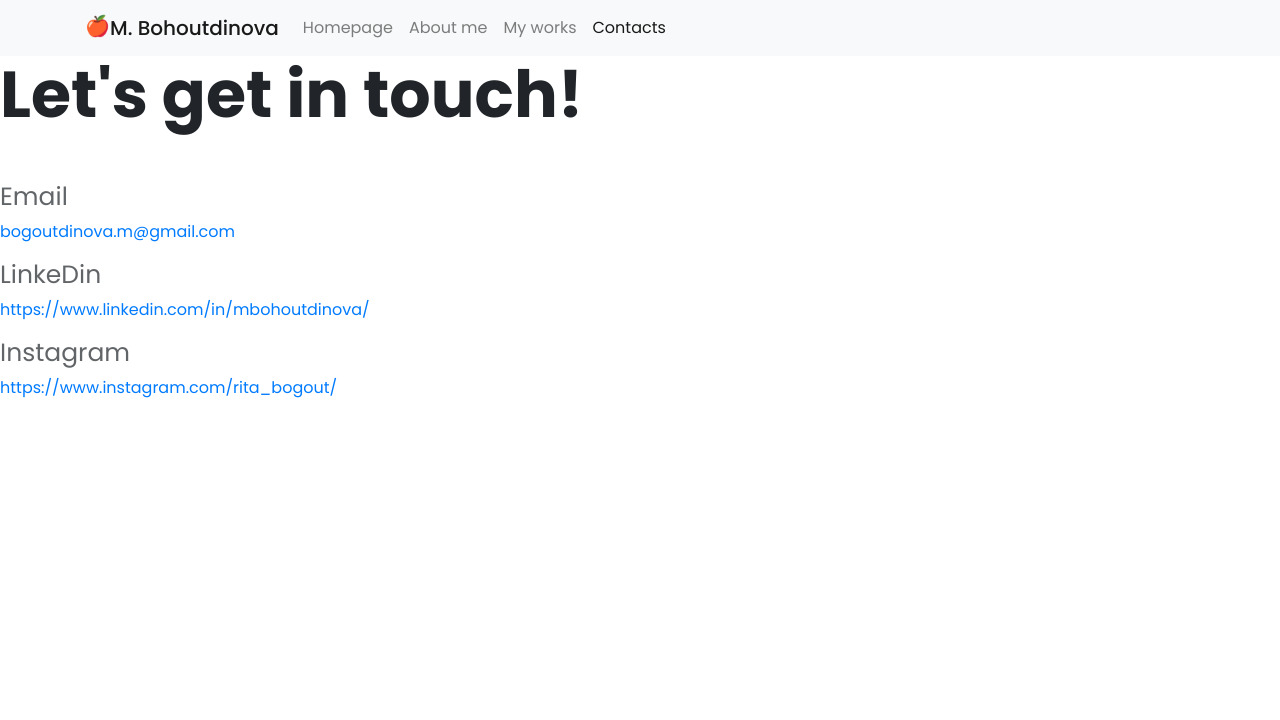
Repository: Bohoutdinova/Portfolio_week-4
Page: contact.html
These files come from the project's save history. The page is drawn as it stood at one moment and after the next save; the edit follows.
The browser window is 1280 px wide. The pictures show the whole page.

Above is the page before, as saved 2022-08-15 11:11:59.

After the next save:
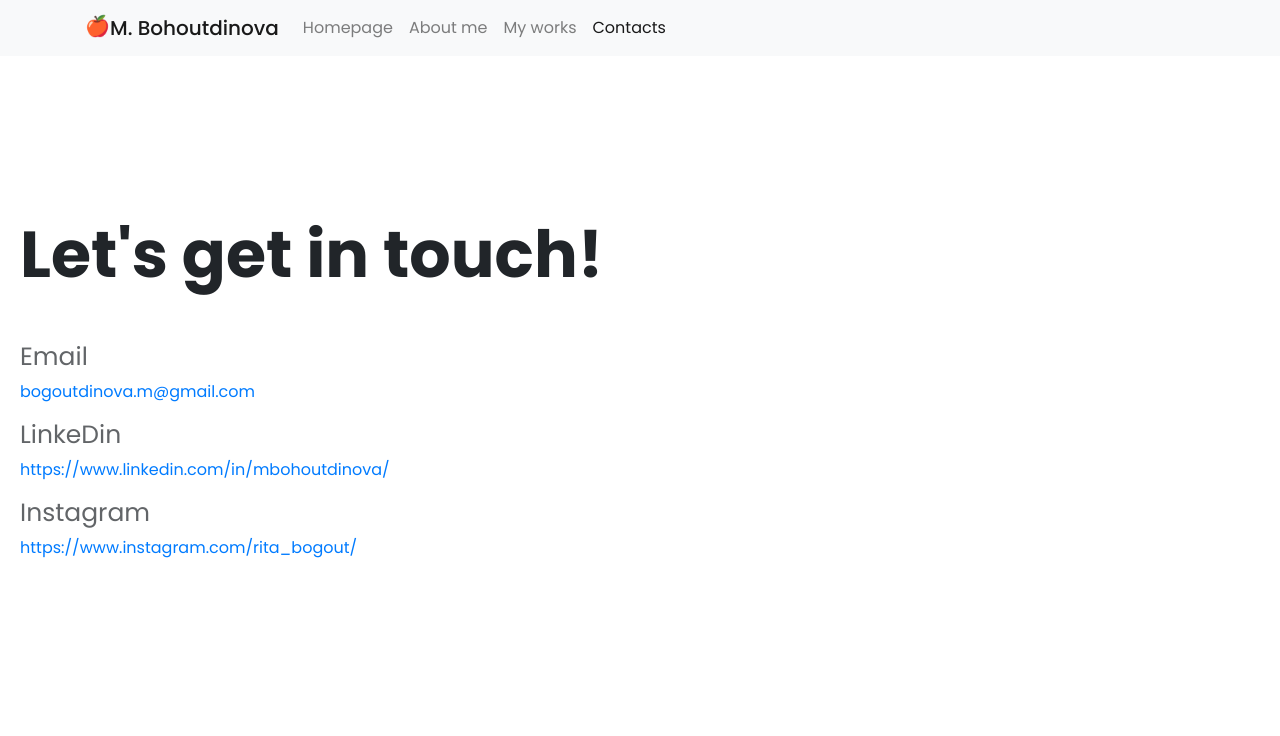
Saved 9 s later.
--- a/src/style.css
+++ b/src/style.css
@@ -120,6 +120,6 @@ img {
 .works-p {
   font-size: 12px;
 }
-.contacts-container {
+.container-contacts {
   padding: 160px 20px;
 }
